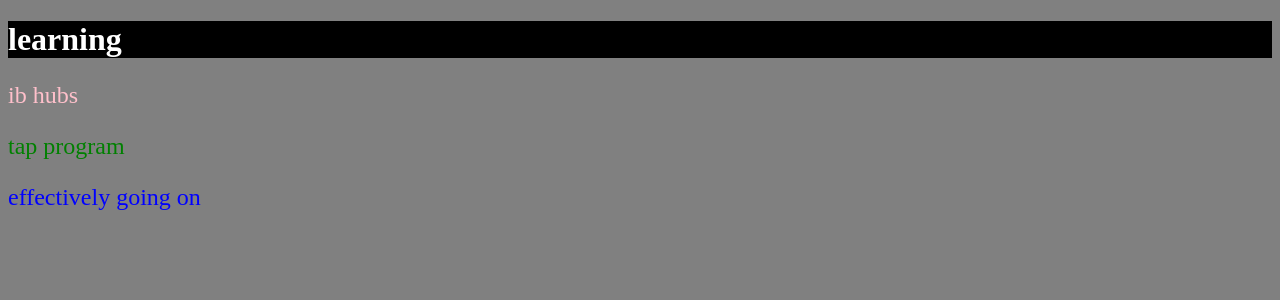
Repository: pranavi481/Assignments
Page: styles.html
The author's editor kept a record of every edit. The page is drawn from the files as they stood at one moment, then again after the next edit.
The browser window is 1280 px wide. The pictures show the whole page.

Above is the page before.

### styles.html
<!doctype html>
<html>
    <head>
        <meta charset ="utf-8">
        <title> learning </title>
        <style>
           h1 {background-color:black;
               color: white;
           }
           p  { color:red;}
           body {
               background-color: grey;
           }
           h{
               font-size: 48px;
               color: red;
           }
           p{
               color: pink;
               font-size: 24px;
           }
        </style>
    </head>
    <body>
        <h1> learning </h1>
        <p>ib hubs </p>
        <p style = "color: green"> tap program </p>
        <p style = "color: blue"> effectively going on </p>
    </body>
</html>

After the next edit:
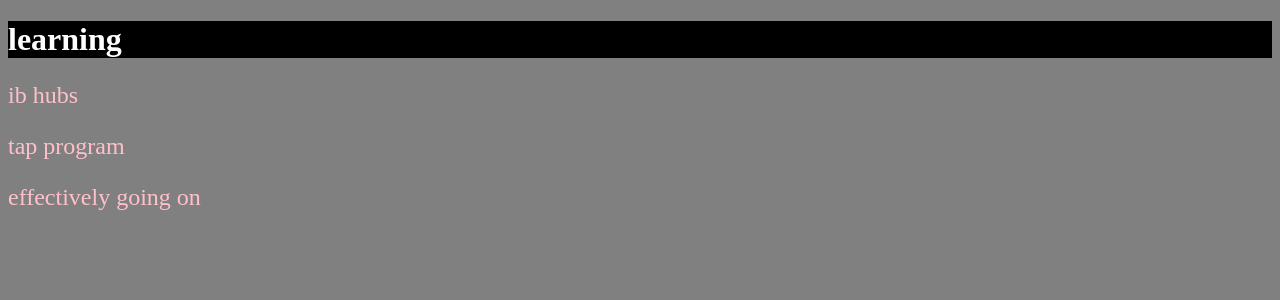
The edit:
--- a/styles.html
+++ b/styles.html
@@ -24,7 +24,7 @@
     <body>
         <h1> learning </h1>
         <p>ib hubs </p>
-        <p style = "color: green"> tap program </p>
-        <p style = "color: blue"> effectively going on </p>
+        <p> tap program </p>
+        <p> effectively going on </p>
     </body>
 </html>
